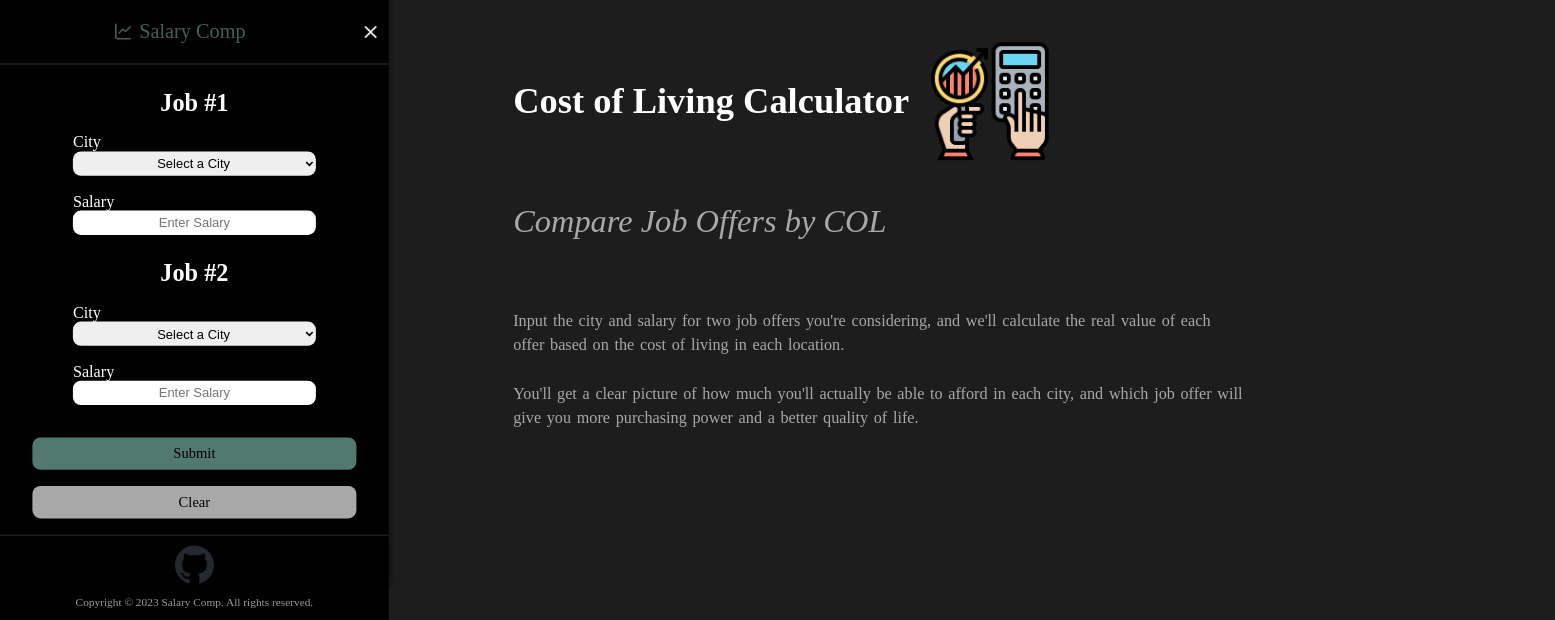
Repository: robbymcd/Salary-Comp
Page: /
An editor plug-in stored every save of this project. The page is shown before and after the next save, followed by the edit.
The browser window is 1920 px wide. The pictures show the whole page, at 81% of full size.
Some web fonts or font styles are not loaded; a fallback is used. The project was rebuilt for these pictures with package versions that can differ from the ones it lists, and the page was loaded fresh each time. Also part of the build but not shown: src/Main.css, src/Main.js.

Above is the page before, as saved 2023-06-16 11:16:30.

### public/index.html
<!DOCTYPE html>
<html lang="en">
  <head>
    <meta charset="utf-8" />
    <link rel="icon" href="%PUBLIC_URL%/favicon.ico" />
    <meta name="viewport" content="width=device-width, initial-scale=1" />
    <meta name="theme-color" content="#000000" />
    <meta
      name="description"
      content="Compare Job Offers by COL"
    />
    <link rel="apple-touch-icon" href="%PUBLIC_URL%/logo192.png" />
    <!--
      manifest.json provides metadata used when your web app is installed on a
      user's mobile device or desktop. See https://developers.google.com/web/fundamentals/web-app-manifest/
    -->
    <link rel="manifest" href="%PUBLIC_URL%/manifest.json" />
    <!--
      Notice the use of %PUBLIC_URL% in the tags above.
      It will be replaced with the URL of the `public` folder during the build.
      Only files inside the `public` folder can be referenced from the HTML.

      Unlike "/favicon.ico" or "favicon.ico", "%PUBLIC_URL%/favicon.ico" will
      work correctly both with client-side routing and a non-root public URL.
      Learn how to configure a non-root public URL by running `npm run build`.
    -->
    <title>Salary Comp</title>
  </head>
  <body>
    <noscript>You need to enable JavaScript to run this app.</noscript>
    <div id="root"></div>
    <!--
      This HTML file is a template.
      If you open it directly in the browser, you will see an empty page.

      You can add webfonts, meta tags, or analytics to this file.
      The build step will place the bundled scripts into the <body> tag.

      To begin the development, run `npm start` or `yarn start`.
      To create a production bundle, use `npm run build` or `yarn build`.
    -->
  </body>
</html>

### src/index.css
body {
  margin: 0;
  font-family: -apple-system, BlinkMacSystemFont, 'Segoe UI', 'Roboto', 'Oxygen',
    'Ubuntu', 'Cantarell', 'Fira Sans', 'Droid Sans', 'Helvetica Neue',
    sans-serif;
  -webkit-font-smoothing: antialiased;
  -moz-osx-font-smoothing: grayscale;
  height: 100%;
  width: 100%;
}

html {
  height: 100%;
  width: 100%;
  background-color: #1D1D1D;
}

code {
  font-family: source-code-pro, Menlo, Monaco, Consolas, 'Courier New',
    monospace;
}

### src/App.js
import React, { useState } from 'react';
import './App.css';
import Sidebar from './Sidebar.js';
import Content from './Content.js';

function App() {
  const [isSubmitted, setIsSubmitted] = useState(false);
  const [cityCOL1, setCityCOL1] = useState('');
  const [cityCOL2, setCityCOL2] = useState('');
  const [cityName1, setCityName1] = useState('');
  const [cityName2, setCityName2] = useState('');
  const [salary1, setSalary1] = useState('');
  const [salary2, setSalary2] = useState('');

  const handleFormSubmit = (formData) => {
    setIsSubmitted(true);
    setCityCOL1(formData.cityCOL1);
    setCityCOL2(formData.cityCOL2);
    setCityName1(formData.cityName1);
    setCityName2(formData.cityName2);
    setSalary1(formData.salary1);
    setSalary2(formData.salary2);
  };

  return (
    <div className="main">
        <Sidebar onFormSubmit={handleFormSubmit}/>
        <Content isSubmitted={isSubmitted} cityCOL1={cityCOL1} cityCOL2={cityCOL2} cityName1={cityName1} cityName2={cityName2} salary1={salary1} salary2={salary2} />
    </div>
  );
}

export default App;

### src/App.css
.main {
    display: flex;
    flex-direction: row;
    height: 200%;
    width: 100%;
    background-color: #1D1D1D;
}

### src/Sidebar.js
import React, { useState, useRef } from 'react';
import plus from './plus.png';
import './Sidebar.css';
import chart from './chart.png';
import github from './github.png';
import x from './x.png';
import './OpenSidebar.css';
import './Select.css';

export default function Sidebar( { onFormSubmit } ) {
    const [isOpen, setIsOpen] = useState(true);
    const [isClosed, setIsClosed] = useState(false);

    const [city1, setCity1] = useState('0');
    const [city2, setCity2] = useState('0');

    const [salary1, setSalary1] = useState('');
    const [salary2, setSalary2] = useState('');


    const [error, setError] = useState(false);

    const selectRef1 = useRef(null);
    const selectRef2 = useRef(null);

    const formatSalary = (salary) => {
        salary = salary.replace(/[^0-9]/g, '');

        // Convert the salary to a number and format it with commas
        const formattedSalary = Number(salary).toLocaleString();

        // Add the '$' symbol
        return '$' + formattedSalary;
    }

    const openSidebar = () => {
        setIsOpen(true);
        setIsClosed(false);
    }

    const closeSidebar = () => {
        setIsOpen(false);
        setIsClosed(true);
    }

    const city1ChangeHandler = (event) => {
        setCity1(event.target.value)
    }

    const city2ChangeHandler = (event) => {
        setCity2(event.target.value);
    }


    const salary1ChangeHandler = (event) => {
        const inputValue = event.target.value;
        const formattedValue = formatSalary(inputValue);
        const regex = /\d/;

        if (regex.test(formattedValue[formattedValue.length - 1])) {
          setSalary1(formattedValue);
        } else {
            setSalary1(formattedValue.slice(0, formattedValue.length - 1));
        }
      }


    const salary2ChangeHandler = (event) => {
        const inputValue = event.target.value;
        const formattedValue = formatSalary(inputValue);
        const regex = /\d/;
        if (regex.test(formattedValue[formattedValue.length - 1])) {
            setSalary2(formattedValue);
        } else {
            setSalary2(formattedValue.slice(0, formattedValue.length - 1));
        }
    }

    const refresh = () => {
        window.location.reload(false);
    }

    const submitHandler = (event) => {
        event.preventDefault();
        if (city1 === '0' | city2 === '0' | salary1 === '' | salary2 === '') {
            setError(true);
            return;
        }
        setError(false);
        const formData = {
            cityCOL1: city1,
            cityCOL2: city2,
            cityName1: selectRef1.current.options[selectRef1.current.selectedIndex].text,
            cityName2: selectRef2.current.options[selectRef2.current.selectedIndex].text,
            salary1: salary1,
            salary2: salary2
        };
        onFormSubmit(formData);
    }

    const clearHandler = (event) => {
        event.preventDefault();
        setError(false);
        setCity1('0');
        setCity2('0');
        setSalary1('');
        setSalary2('');
    }

    return (
        <div className="sidebar">
            {isClosed && (
                <div className='closed-sidebar'>
                <img
                    className="plusIcon"
                    src={plus}
                    alt="plus"
                    onClick={openSidebar}
                />
            </div>
            )}
            {isOpen && (
                <div className='open-sidebar'>
                <div className='sidebar-header'>
                    <div className='logo' onClick={refresh}>
                        <img className='chart' src={chart} alt='Chart'></img>
                        <p>Salary Comp</p>
                    </div>
                    <img className='x' src={x} alt='x' onClick={closeSidebar}></img>
                </div>
                <form className='form' onSubmit={onFormSubmit}>
                    <h1>Job #1</h1>
                    <div className='city'>
                        <label>City</label>
                        <div className="select-main">
                            <select ref={selectRef1} value={city1} className='select-input' onChange={city1ChangeHandler}>
                                <option value='0'>Select a City</option>
                                <option value='89.1'>Abilene, TX</option>
                                <option value='90.5'>Adrian, MI</option>
                                <option value='89.4'>Akron, OH</option>
                                <option value='85.8'>Alamogordo, NM</option>
                                <option value='87.3'>Albany, GA</option>
                                <option value='105.4'>Albany, OR</option>
                                <option value='100.1'>Albany, NY</option>
                                <option value='90.9'>Albertville, AL</option>
                                <option value='92.9'>Albuquerque, NM</option>
                                <option value='86.2'>Alexandria, LA</option>
                                <option value='98.9'>Allentown, PA</option>
                                <option value='90.8'>Altoona, PA</option>
                                <option value='88.2'>Amarillo, TX</option>
                                <option value='91.5'>Ames, IA</option>
                                <option value='110.7'>Anchorage, AK</option>
                                <option value='99.3'>Ann Arbor, MI</option>
                                <option value='85.7'>Anniston, AL</option>
                                <option value='90.7'>Appleton, WI</option>
                                <option value='103.3'>Asheville, NC</option>
                                <option value='87.4'>Ashtabula, OH</option>
                                <option value='88.5'>Athens, OH</option>
                                <option value='92.9'>Athens, TX</option>
                                <option value='95'>Athens, GA</option>
                                <option value='100.3'>Atlanta, GA</option>
                                <option value='102'>Atlantic City, NJ</option>
                                <option value='93.7'>Auburn, NY</option>
                                <option value='91.9'>Auburn, AL</option>
                                <option value='91.6'>Augusta, GA</option>
                                <option value='100'>Augusta, ME</option>
                                <option value='106.6'>Austin, TX</option>
                                <option value='102.9'>Bakersfield, CA</option>
                                <option value='107'>Baltimore, MD</option>
                            </select>
                        </div>
                    </div>
                    <div className='salary'>
                        <label>Salary</label>
                        <input className='salary-input' type='text' placeholder='Enter Salary' onChange={salary1ChangeHandler} value={salary1}></input>
                    </div>
                    <h1>Job #2</h1>
                    <div className='city'>
                        <label>City</label>
                        <div className="select-main">
                            <select ref={selectRef2} value={city2} className='select-input' onChange={city2ChangeHandler}>
                                <option value='0'>Select a City</option>
                                <option value='89.1'>Abilene, TX</option>
                                <option value='90.5'>Adrian, MI</option>
                                <option value='89.4'>Akron, OH</option>
                                <option value='85.8'>Alamogordo, NM</option>
                                <option value='87.3'>Albany, GA</option>
                                <option value='105.4'>Albany, OR</option>
                                <option value='100.1'>Albany, NY</option>
                                <option value='90.9'>Albertville, AL</option>
                                <option value='92.9'>Albuquerque, NM</option>
                                <option value='86.2'>Alexandria, LA</option>
                                <option value='98.9'>Allentown, PA</option>
                                <option value='90.8'>Altoona, PA</option>
                                <option value='88.2'>Amarillo, TX</option>
                                <option value='91.5'>Ames, IA</option>
                                <option value='110.7'>Anchorage, AK</option>
                                <option value='99.3'>Ann Arbor, MI</option>
                                <option value='85.7'>Anniston, AL</option>
                                <option value='90.7'>Appleton, WI</option>
                                <option value='103.3'>Asheville, NC</option>
                                <option value='87.4'>Ashtabula, OH</option>
                                <option value='88.5'>Athens, OH</option>
                                <option value='92.9'>Athens, TX</option>
                                <option value='95'>Athens, GA</option>
                                <option value='100.3'>Atlanta, GA</option>
                                <option value='102'>Atlantic City, NJ</option>
                                <option value='93.7'>Auburn, NY</option>
                                <option value='91.9'>Auburn, AL</option>
                                <option value='91.6'>Augusta, GA</option>
                                <option value='100'>Augusta, ME</option>
                                <option value='106.6'>Austin, TX</option>
                                <option value='102.9'>Bakersfield, CA</option>
                                <option value='107'>Baltimore, MD</option>
                            </select>
                        </div>
                    </div>
                    <div className='salary'>
                        <label>Salary</label>
                        <input className='salary-input' type='text' placeholder='Enter Salary' onChange={salary2ChangeHandler} value={salary2}></input>
                        {error && <p className='error'>Please fill out all fields</p>}
                    </div>
                    <div className='button-container'>
                        <div className='submit-container'>
                            <button className='submit' onClick={submitHandler} type='submit'>Submit</button>
                        </div>
                        <div className='clear-container'>
                            <button className='clear' onClick={clearHandler}>Clear</button>
                        </div>
                    </div>
                </form>
                <div className='footer'>
                    <img className='github' src={github} alt='github'></img>
                    <p className='copyright'>Copyright © 2023 Salary Comp. All rights reserved.</p>
                </div>
            </div>
            )}
        </div>
    );
}

### src/Content.js
import React from 'react';
import './Content.css';
import Instruction from './Instruction.js';
import Main from './Main.js';

export default function Content({ isSubmitted ,cityCOL1 ,cityCOL2, cityName1, cityName2 , salary1, salary2 }) {

    return (
        <div className='Content-container'>
            {isSubmitted ? <Main cityCOL1={cityCOL1} cityCOL2={cityCOL2} cityName1={cityName1} cityName2={cityName2} salary1={salary1} salary2={salary2}/> : <Instruction />}
        </div>
    );
}

### src/Sidebar.css
@import url('https://fonts.googleapis.com/css?family=Roboto-Mono');
@import url('https://fonts.googleapis.com/css?family=Mukta-Vaani');
.sidebar {
    display: flex;
    height: 100vh;
    width: fit-content;
}

.closed-sidebar {
    display: flex;
    height: 100vh;
    width: fit-content;
    margin-right: 22vw;
}

.plusIcon {
    height: 30px;
    width: 30px;
    margin-left: 20px;
    align-self: center;
    cursor: pointer;
}

.plusIcon:hover {
    opacity: 0.5;
}

.error {
    display: flex;
    font-size: 15px;
    margin-bottom: -15px;
    color: #BA1F33;
}

.button-container {
    display: flex;
    flex-direction: column;
    gap: 10px;
    margin-top: 20px;
}

.submit-container {
    display: flex;
}

.submit {
    height: 30px;
    width: clamp(100px, 20vw, 300px);
    border-radius: 10px;
    border: none;
    outline: none;
    cursor: pointer;
    background-color: #52796F;
    font-family: Mukta Vaani;
    font-size: 15px;
    color: #000;
    box-shadow: 0px 4px 4px rgba(0, 0, 0, 0.25);
}

.submit:hover {
    opacity: 0.8;
}

.clear-container {
    display: flex;
}

.clear {
    height: 30px;
    width: clamp(100px, 20vw, 300px);
    border-radius: 10px;
    border: none;
    outline: none;
    cursor: pointer;
    background-color: #a8a8a8;
    font-family: Mukta Vaani;
    font-size: 15px;
    color: #000;
    box-shadow: 0px 4px 4px rgba(0, 0, 0, 0.25);
}

.clear:hover {
    opacity: 0.8;
}

@media screen and (min-width: 1650px) {
    .submit {
        height: 40px;
        width: 400px;
        font-size: 18px;
    }

    .clear {
        height: 40px;
        width: 400px;
        font-size: 18px;
    }

    .button-container {
        gap: 20px;
    }
}

### src/OpenSidebar.css
@import url('https://fonts.googleapis.com/css?family=Roboto-Mono');
@import url('https://fonts.googleapis.com/css?family=Mukta-Vaani');

.open-sidebar {
    display: flex;
    flex-direction: column;
    height: 100vh;
    width: 25vw;
    background-color: #000;
    box-shadow: 0px 0px 4px 4px rgba(0, 0, 0, 0.25);
    margin-right: 8vw;
    transition: transform 0.3s ease-in-out;
}

.sidebar-header {
    display: flex;
    width: 25vw;
    border-bottom: 2px solid #1d1d1d;
    justify-content: space-between;
    align-items: center;
}

.sidebar-wrapper {
    display: inline-block;
}

.centering {
    display: flex;
    flex-direction: row;
    width: 100%;
    align-self: center;
    align-items: center;
    justify-content: center;
}

.logo {
    display: flex;
    flex-direction: row;
    width: 100%;
    align-items: center;
    justify-content: center;
    gap: 10px;
    cursor: pointer;
}

.logo:hover {
    opacity: .8;
}

.logo p {
    font-family: Roboto Mono;
    color: #52796F;
    font-size: 25px;
}

.chart {
    height: 20px;
    width: 20px;
}

.city {
    display: flex;
    flex-direction: column;
    font-family: Mukta Vaani;
    font-style: normal;
    font-weight: 300;
    font-size: 20px;
    color: #fff;
}

.salary{
    display: flex;
    flex-direction: column;
    font-family: Mukta Vaani;
    font-style: normal;
    font-weight: 300;
    font-size: 20px;
    color: #fff;
}

.salary label {
    display: flex;
    justify-self: center;
}

.form {
    display: flex;
    flex-direction: column;
    font-family: Mukta Vaani;
    height: fit-content;
    align-items: center;
    gap: 20px;
    border-bottom: 2px solid #1d1d1d;
    justify-content: center;
    padding: 20px;
}

.form h1 {
    color: #fff;
    font-family: Roboto Mono;
    font-size: 30px;
    font-weight: 700;
    font-style: normal;
    text-align: center;
    margin-top: 10px;
    margin-bottom: 0px;
}

select {
    cursor: pointer;
}

input {
    text-decoration: none;
    height: 30px;
    width: clamp(100px, 20vw, 300px);
    border-radius: 10px;
    outline: none;
    border: none;
    padding: 0;
    text-align: center;
    font-size: 16px;
    cursor: pointer;
}

.salarycomp {
    height: 80px;
    width: 360px;
}

.x {
    height: 25px;
    width: 25px;
    cursor: pointer;
    margin-right: 10px;
}

.x:hover {
    opacity: 0.5;
    transition: ease-in-out 0.2s;
}

.footer {
    display: flex;
    flex-direction: column;
    align-items: center;
    justify-content: center;
    width: 100%;
    background-color: #000;
}

.footer p {
    color: #fff;
    opacity: .6;
    font-family: 'Mukta Vaani';
    font-style: normal;
    font-weight: 300;
    font-size: 14px;
}

.hiw {
    text-decoration: underline;
    cursor: pointer;
}

.hiw:hover {
    opacity: 0.5;
}

.github {
    height: 50px;
    width: 50px;
    margin-top: 10px;
    cursor: pointer;
}

.github:hover {
    opacity: 0.8;
}

@media screen and (max-width: 1000px) {
    .footer p {
        font-size: 10px;
    }
}

@media screen and (min-width: 1300px) {

}

### src/Select.css
.select-main {
    text-decoration: none;
    height: 30px;
    width: clamp(100px, 20vw, 300px);
    border-radius: 10px;
    outline: none;
    text-align: center;
    font-size: 16px;
}

.select-main select {
    text-align: center;
    text-decoration: none;
    outline: none;
    border: none;
    height: 30px;
    width: clamp(100px, 20vw, 300px);
    border-radius: 10px;
    font-size: 16px;
    padding-left: 10px;
}

### src/Content.css
@import url('https://fonts.googleapis.com/css?family=Kadwa');
@import url('https://fonts.googleapis.com/css?family=Hind-Madurai');

.Content-container {
    display: flex;
    width: 100%;
}

.header {
    display: flex;
    flex-direction: row;
    align-items: center;
    margin-top: 50px;
    gap: 25px;
}

.content h1 {
    font-family: Kadwa;
    font-weight: bold;
    font-size: 45px;
    height: 100%;
    margin: 0;
}

.content h2 {
    font-family: Hind Madurai;
    font-size: 40px;
    color: #a8a8a8;
    margin-top: 50px;
    width: 75%;
    font-weight: 500;
    font-style: italic;
}

.content p {
    display: flex;
    width: 50vw;
    font-family: Hind Madurai;
    font-size: 20px;
    color: #a8a8a8;
    word-spacing: 2px;
    line-height: 1.5;
    margin-top: 50px;
    width: 70%;
}

.content {
    display: flex;
    flex-direction: column;
    color: #fff;
    height: fit-content;
    width: 100%;
    justify-items: center;
}

.calculator {
    display: flex;
    height: 150px;
    width: 150px;
}

### src/Instruction.js
import calculator from './calculator.png';

export default function Instruction() {
    return (
        <div className="content">
            <div className="header">
                <h1>Cost of Living Calculator</h1>
                <img className="calculator" src={calculator} alt='calculator'></img>
            </div>
            <h2>Compare Job Offers by COL</h2>
            <p>Input the city and salary for two job offers you're considering, and we'll calculate the real value of each offer based on the cost of living in each location.<br/><br/>You'll get a clear picture of how much you'll actually be able to afford in each city, and which job offer will give you more purchasing power and a better quality of life.
            </p>
        </div>
    );
}

Loaded but not shown: src/index.js (common file); src/reportWebVitals.js (common file)

After the next save:
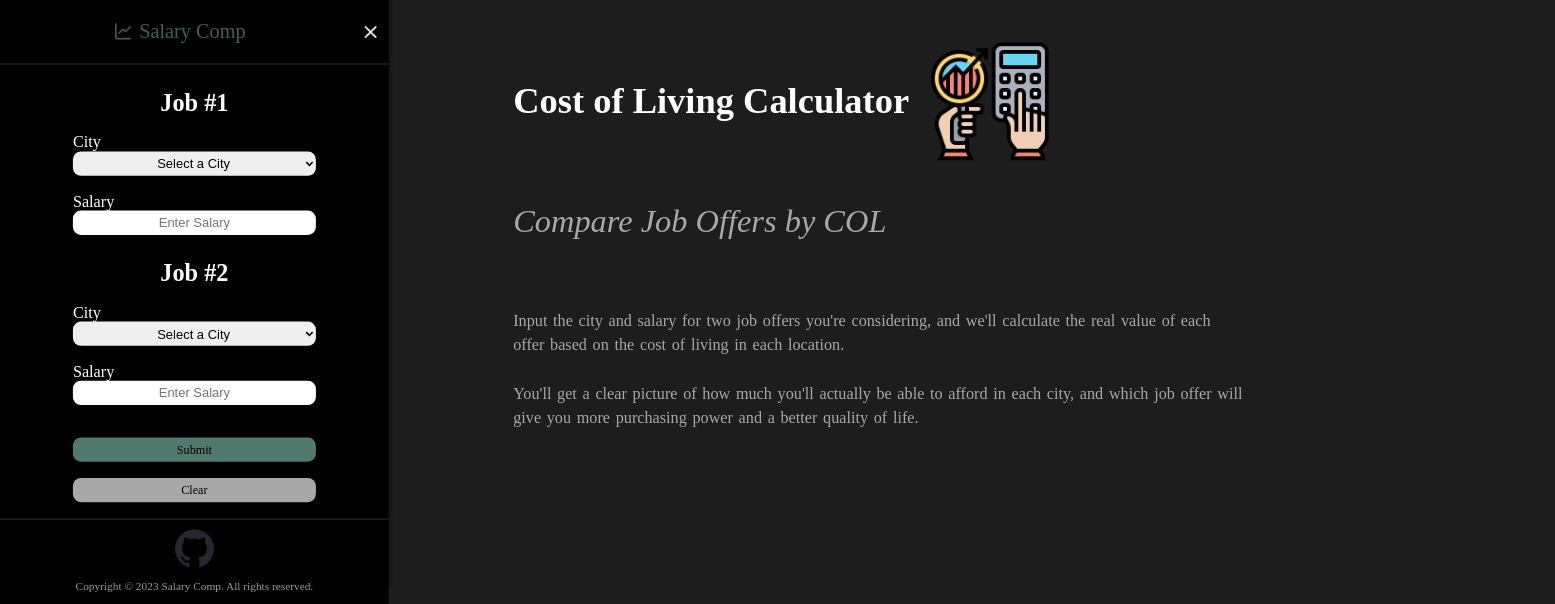
Saved 28 s later.
--- a/src/Sidebar.css
+++ b/src/Sidebar.css
@@ -84,18 +84,6 @@
 }
 
 @media screen and (min-width: 1650px) {
-    .submit {
-        height: 40px;
-        width: 400px;
-        font-size: 18px;
-    }
-
-    .clear {
-        height: 40px;
-        width: 400px;
-        font-size: 18px;
-    }
-
     .button-container {
         gap: 20px;
     }
